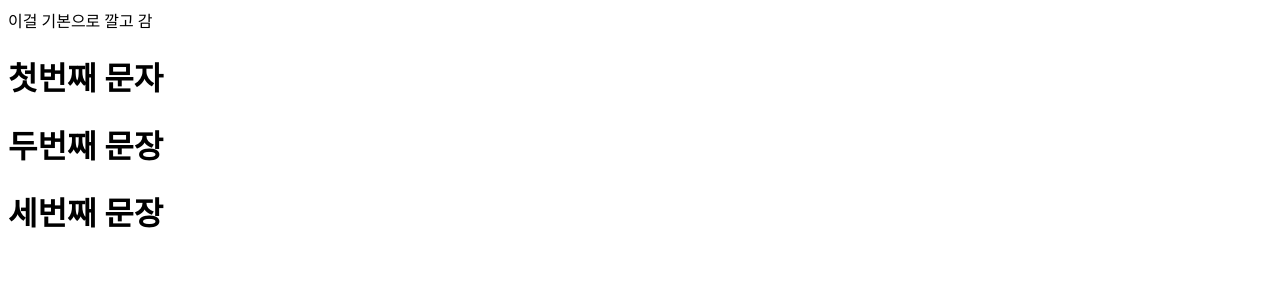
Repository: chopilyeon/JavaWeb
Page: LectureWeb/src/main/webapp/jquery/exam05.html
An editor plug-in stored every save of this project. The page is shown before and after the next save, followed by the edit.
The browser window is 1280 px wide. The pictures show the whole page.

Above is the page before, as saved 2022-05-31 00:18:43.

After the next save:
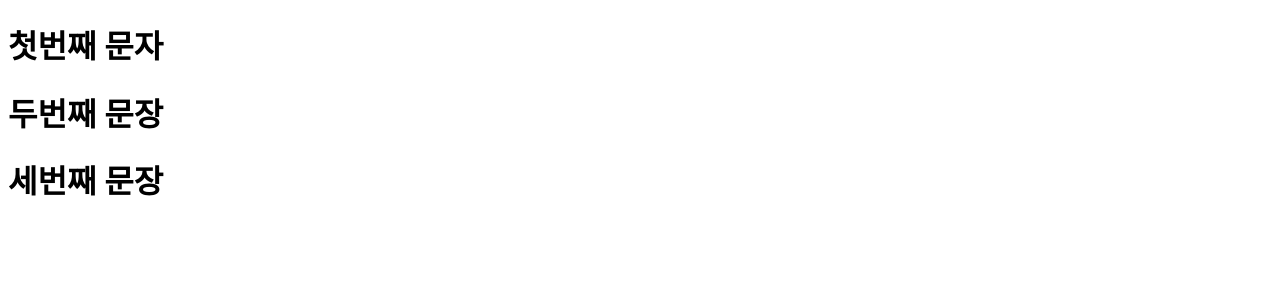
Saved 103 s later.
--- a/LectureWeb/src/main/webapp/jquery/exam05.html
+++ b/LectureWeb/src/main/webapp/jquery/exam05.html
@@ -4,16 +4,16 @@
 <meta charset="UTF-8">
 <title>Insert title here</title>
 
-이걸 기본으로 깔고 감
 <script src ="https://code.jquery.com/jquery-3.6.0.js"></script>
 <script>
 $(document).ready(function(){
 	$('h1').click(function(){
-		$(this).css('color','red') //this 대신 h1이 다 바뀜
+		$(this).css('color','red') //this 대신 h1이 다 바뀜 어떤 애에 대한 0번지인지 1번지인지 2번지인지 . 이벤트가 발생한 애한테 주는것임.
 	})
 
 
 	$('h1').mouseenter(function(){
+		console.log(this); // 이렇게 찍어보면 this가 뭘 가르키는지 알 수 있음
 		$(this).css('background-color','lightrey')
 	})
 
